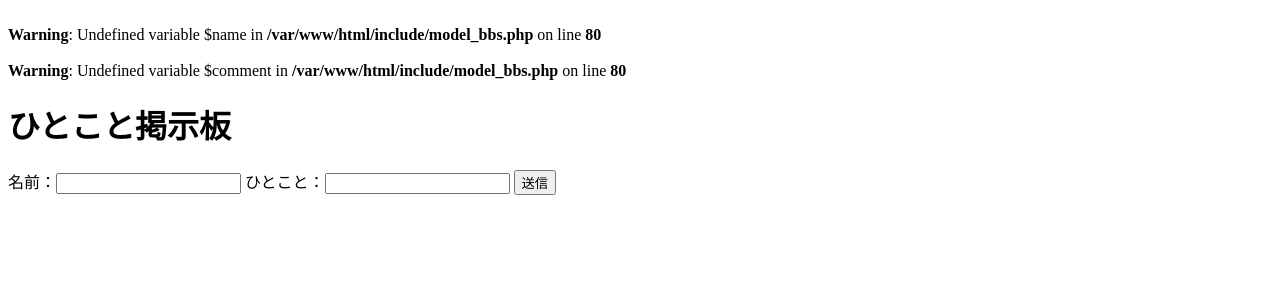
Repository: tppei/PHP
Page: http://localhost/htdocs/php23/bbs_mvc.php
The author's editor kept a record of every edit. The page is drawn from the files as they stood at one moment, then again after the next edit.
The browser window is 1280 px wide. The pictures show the whole page.
The page is run by PHP 8.4 with error messages shown; the project is at /var/www/html/. Queries for data that is not in the repository find no rows.

Above is the page before.

After the next edit:
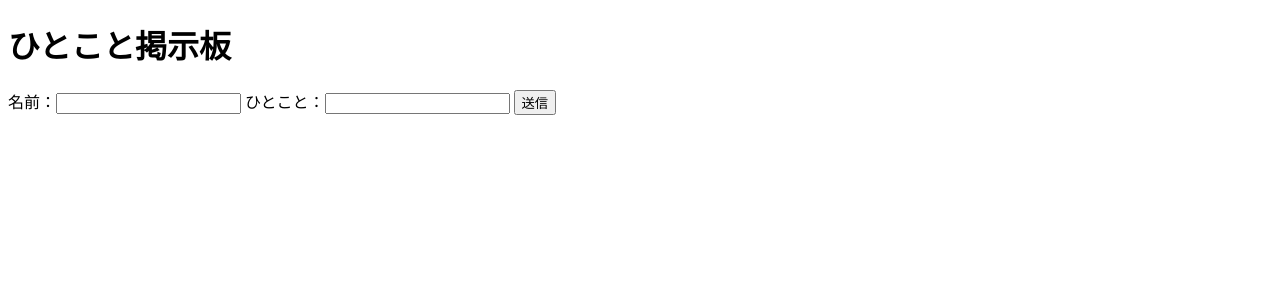
The edit:
--- a/include/model_bbs.php
+++ b/include/model_bbs.php
@@ -77,7 +77,7 @@
         }
     }
 
-    return update_bbs($name,$comment);
+
 }
 
 // クエリを実行して書き込みをdbに追加する関数
